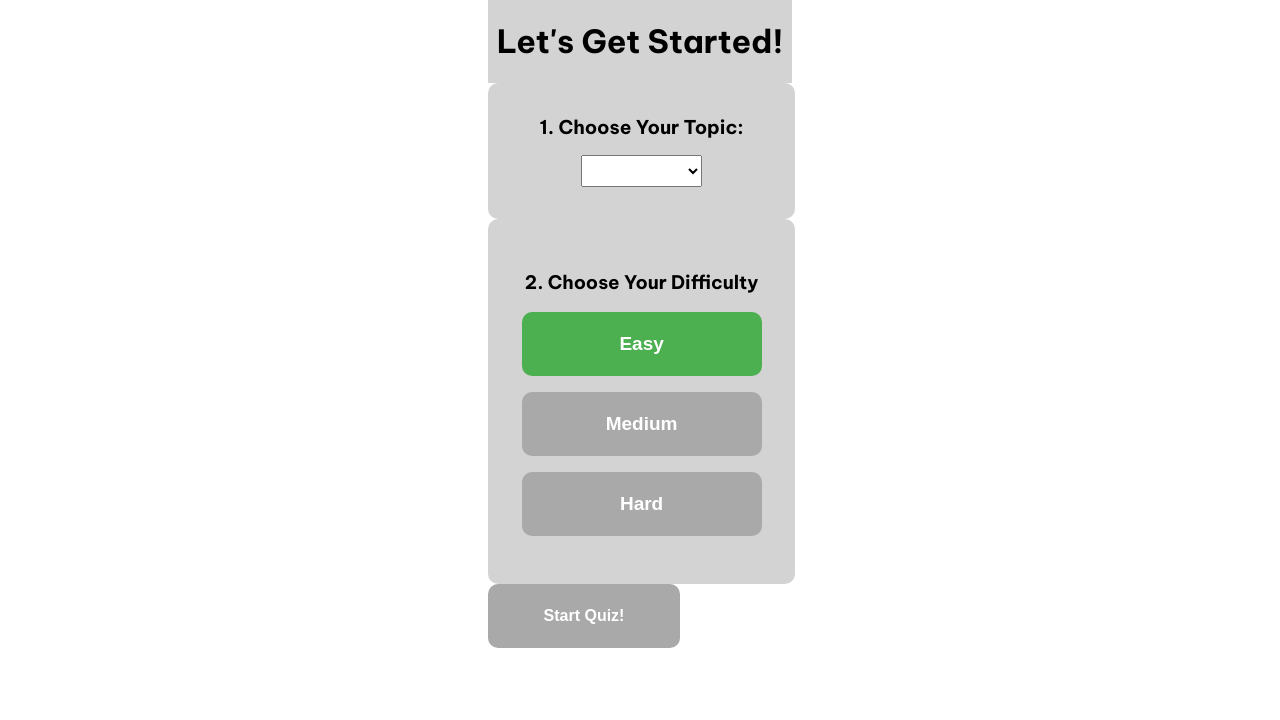
Repository: SaraShio/trivia_game
Page: index.html
An editor plug-in stored every save of this project. The page is shown before and after the next save, followed by the edit.
The browser window is 1280 px wide. The pictures show the whole page.
The page's requests for data from a server got no answer.

Above is the page before, as saved 2023-05-02 15:07:38.

After the next save:
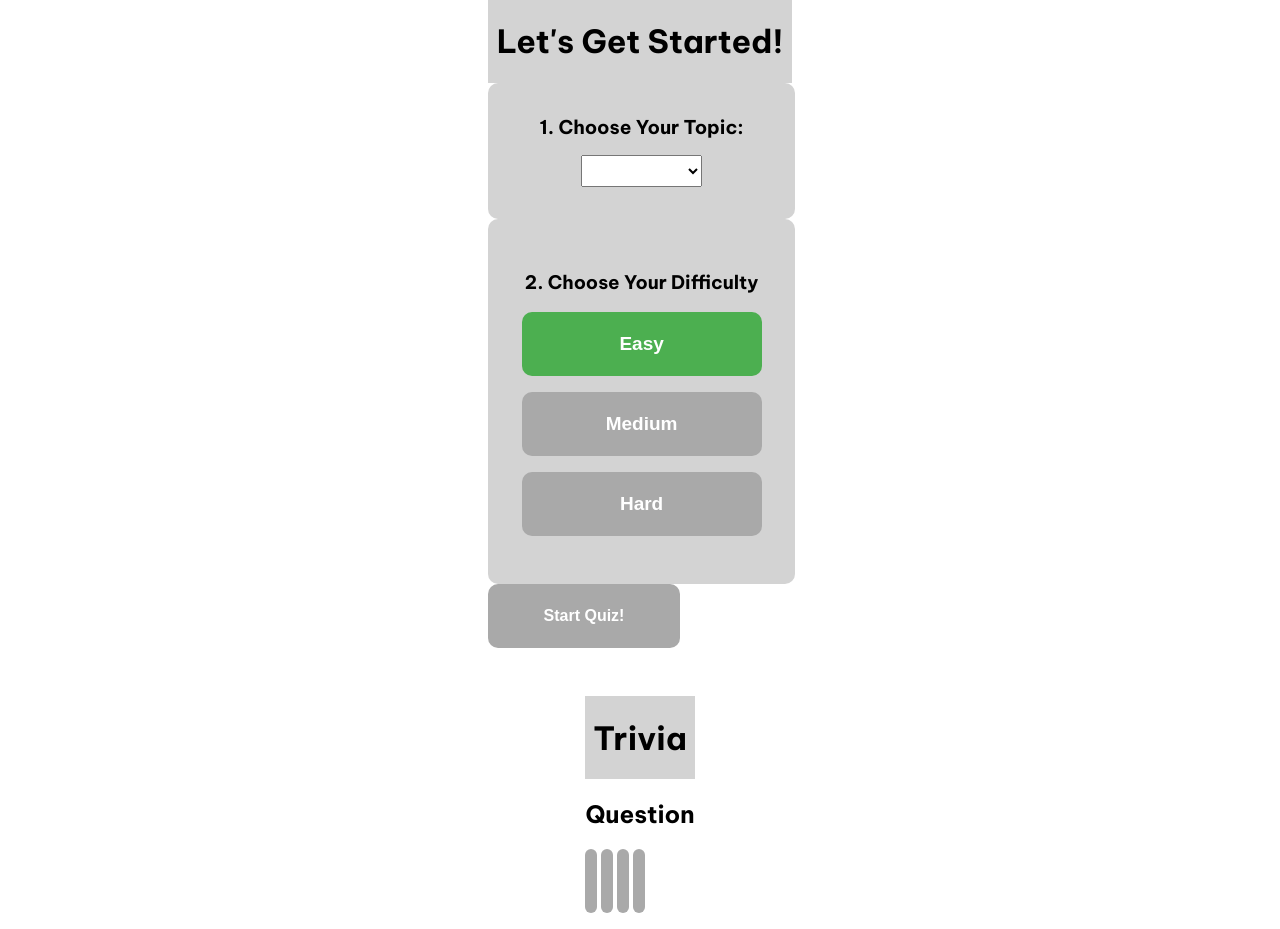
Saved 4 s later.
--- a/index.html
+++ b/index.html
@@ -29,7 +29,21 @@
         </div>
 
         <div id="quiz">
-
+            <div class="header">
+                <h1>Trivia</h1>
+            </div>
+            <div class="question">
+                <h2>Question</h2>
+                <div class="options">
+                    <button class="option"></button>
+                    <button class="option"></button>
+                    <button class="option"></button>
+                    <button class="option"></button>
+                </div>
+            </div>
+            <div class="progress">
+                <div class="progress-bar"></div>
+            </div>
         </div>
     </div>
 </body>

After the 2 saves that followed:
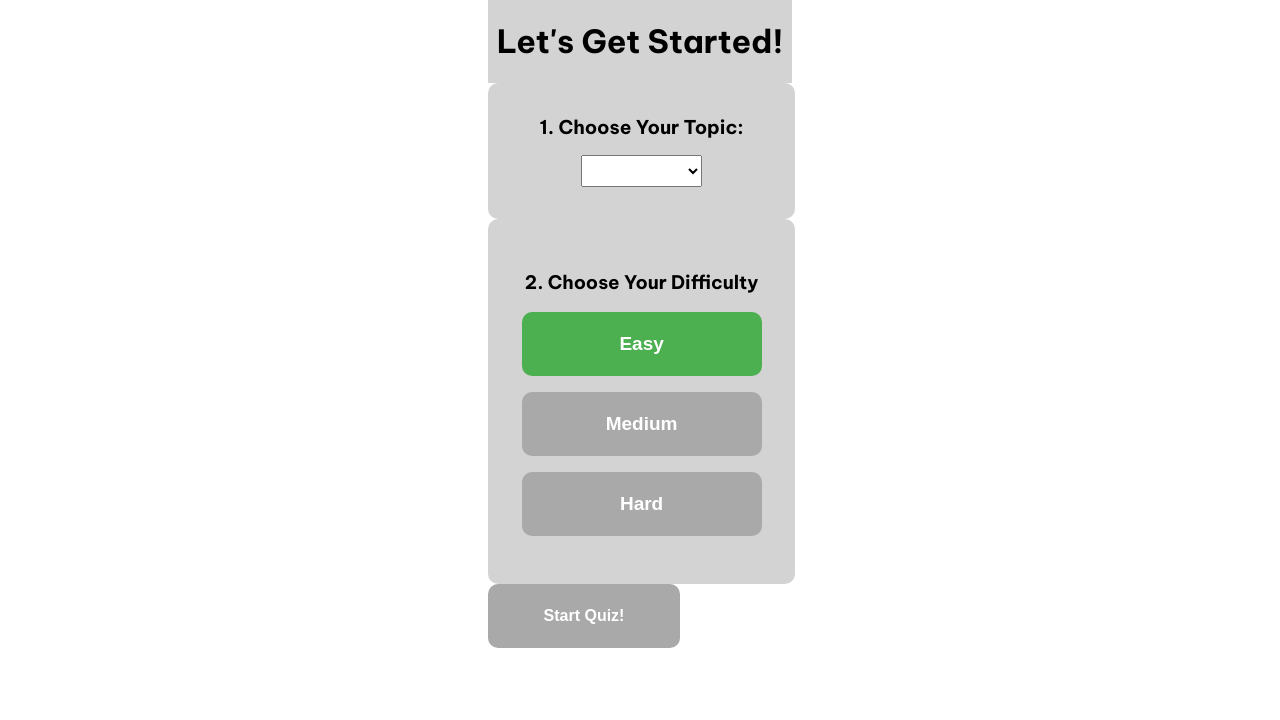
The 2 saves are shown as one change because 1 left the picture as it was.
The last was saved 17 s later.
--- a/index.html
+++ b/index.html
@@ -28,7 +28,7 @@
             <button class="start">Start Quiz!</button>
         </div>
 
-        <div id="quiz">
+        <div class="hidden" id="quiz">
             <div class="header">
                 <h1>Trivia</h1>
             </div>
--- a/styles.css
+++ b/styles.css
@@ -10,6 +10,10 @@ body {
     flex-direction: column;
     align-items: center;
     gap: 2rem;
+}
+
+.hidden {
+    display: none;
 }
 
 .header {
